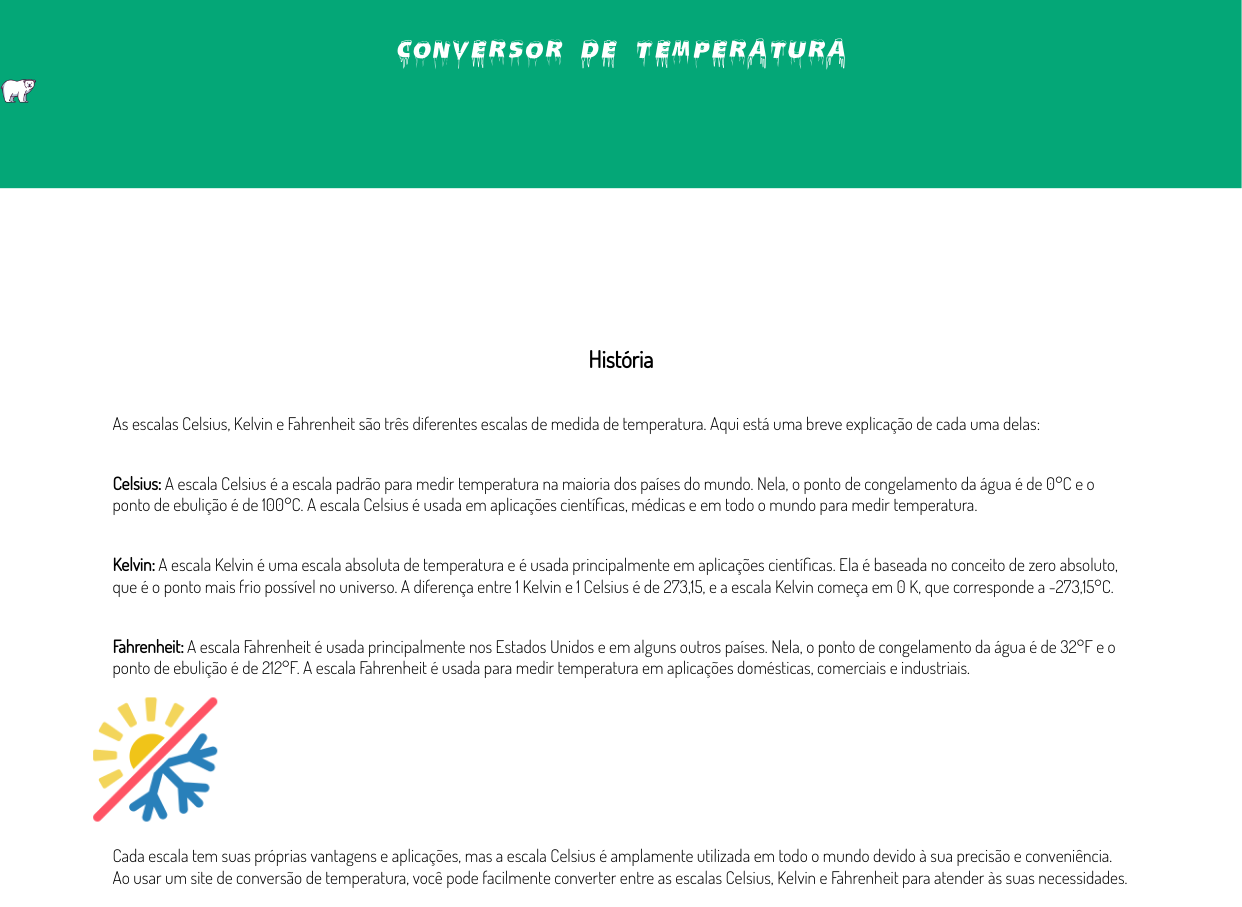
Repository: Leonngc/Conversor-de-temperatura
Page: history.html
The author's editor kept a copy of each file at every save. The page is drawn from the files as they stood at one save, then again after a run of saves.
The browser window is 1280 px wide. The pictures show the whole page, at 97% of full size.
Some icons come from a web library that is not loaded, so they are not drawn.

Above is the page before, as saved 2023-02-12 00:55:55.

After the next 5 saves:
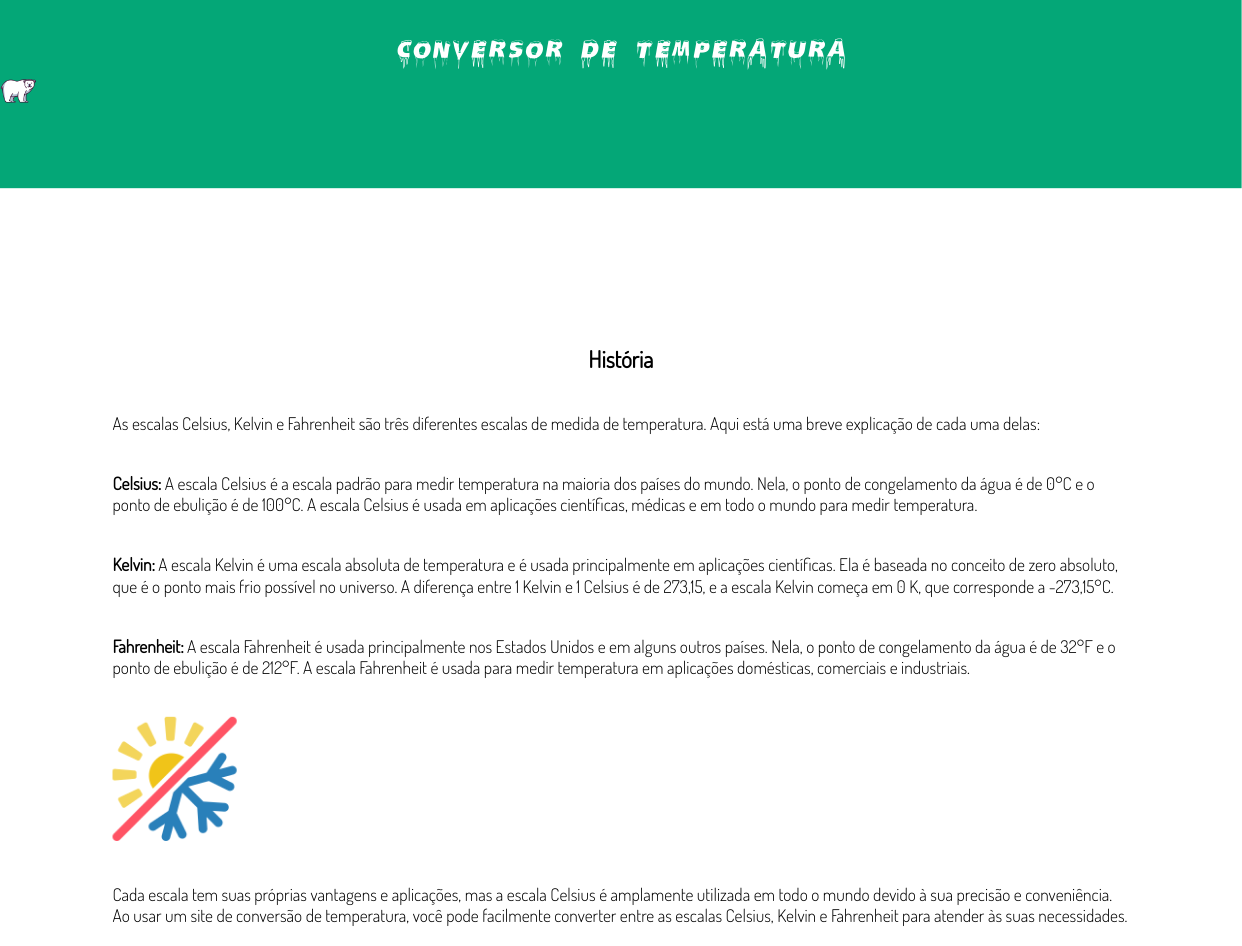
The 5 saves are shown as one change because they came seconds apart.
The last was saved 12 s later.
--- a/history.css
+++ b/history.css
@@ -95,5 +95,6 @@ article > p{
 }
 
 div > img{
-
+    margin: auto;
+    padding: 20px;
 }
